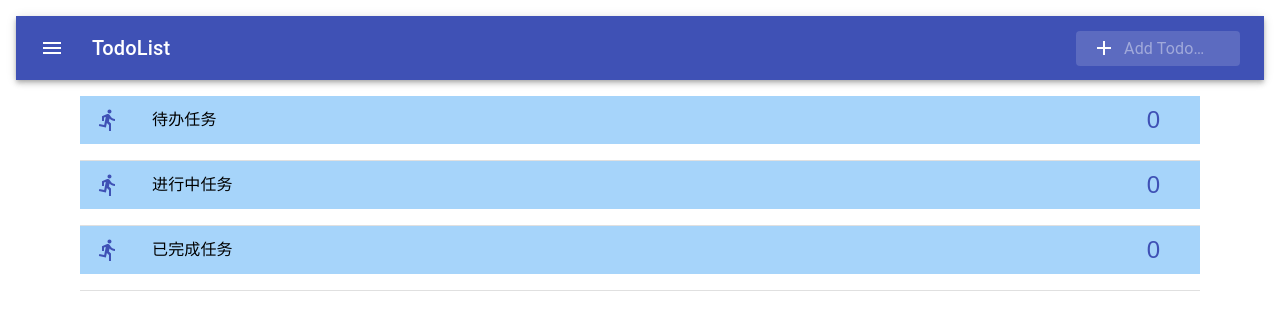
Repository: harperl71/TodoList
Page: /
These files come from the project's save history. The page is drawn as it stood at one moment and after the next save; the edit follows.
The browser window is 1280 px wide. The pictures show the whole page.
The project was rebuilt for these pictures with package versions that can differ from the ones it lists, and the page was loaded fresh each time. Also part of the build but not shown: src/components/content/task-item/index.tsx.

Above is the page before, as saved 2021-05-21 14:34:46.

### src/App.tsx
import React from "react";
import Header from "./components/header";
import Content from "./components/content";
import Footer from "./components/footer";
import Myprovider from "./context";

function App() {
  return (
    <div className="APP">
      <Myprovider>
        <Header />
        <Content />
        <Footer />
      </Myprovider>
    </div>
  );
}

export default App;

### src/components/header/index.tsx
import React, { useContext } from "react";
import { MyContext } from "../../context";
import AppBar from "@material-ui/core/AppBar";
import Toolbar from "@material-ui/core/Toolbar";
import IconButton from "@material-ui/core/IconButton";
import Typography from "@material-ui/core/Typography";
import InputBase from "@material-ui/core/InputBase";
import { makeStyles, fade } from "@material-ui/core/styles";
import MenuIcon from "@material-ui/icons/Menu";
import AddIcon from "@material-ui/icons/Add";

const useStyles = makeStyles((theme) => ({
  header: {
    margin: theme.spacing(2),
    justifyContent: "space-between",
  },
  listButton: {
    marginRight: theme.spacing(2),
  },
  title: {
    flexGrow: 1,
    display: "none",
    [theme.breakpoints.up("sm")]: {
      display: "block",
    },
  },
  search: {
    position: "relative",
    borderRadius: theme.shape.borderRadius,
    backgroundColor: fade(theme.palette.common.white, 0.15),
    "&:hover": {
      backgroundColor: fade(theme.palette.common.white, 0.25),
    },
    marginLeft: 0,
    width: "100%",
    [theme.breakpoints.up("sm")]: {
      marginLeft: theme.spacing(1),
      width: "auto",
    },
  },
  addIcon: {
    padding: theme.spacing(0, 2),
    height: "100%",
    position: "absolute",
    pointerEvents: "none",
    display: "flex",
    alignItems: "center",
    justifyContent: "center",
  },
  inputRoot: {
    color: "inherit",
  },
  inputInput: {
    padding: theme.spacing(1, 1, 1, 0),
    // vertical padding + font size from searchIcon
    paddingLeft: `calc(1em + ${theme.spacing(4)}px)`,
    transition: theme.transitions.create("width"),
    width: "100%",
    [theme.breakpoints.up("sm")]: {
      width: "12ch",
      "&:focus": {
        width: "20ch",
      },
    },
  },
}));

export default function SearchAppBar() {
  const classes = useStyles();
  const { Add } = useContext(MyContext);

  const enterPress = (evt: React.SyntheticEvent) => {
    if (
      (evt as KeyboardEventInit).code === "Enter" &&
      (evt.target as HTMLInputElement).value !== ""
    ) {
      Add((evt.target as HTMLInputElement).value);
      (evt.target as HTMLInputElement).value = "";
    }
  };

  return (
    <div className={classes.header}>
      <AppBar position="static">
        <Toolbar>
          <IconButton
            edge="start"
            className={classes.listButton}
            color="inherit"
            aria-label="open drawer"
          >
            <MenuIcon />
          </IconButton>
          <Typography className={classes.title} variant="h6" noWrap>
            TodoList
          </Typography>
          <div className={classes.search}>
            <div className={classes.addIcon}>
              <AddIcon />
            </div>
            <InputBase
              placeholder="Add Todo…"
              required
              classes={{
                root: classes.inputRoot,
                input: classes.inputInput,
              }}
              onKeyPress={enterPress}
            />
          </div>
        </Toolbar>
      </AppBar>
    </div>
  );
}

### src/components/content/index.tsx
import React, { Fragment } from "react";
import TaskList from "./task-list";
import { makeStyles } from "@material-ui/core";

const useStyles = makeStyles((theme) => ({
  content: {
    margin: theme.spacing(0, 6),
    justifyContent: "center",
  },
}));

const Content = () => {
  const classes = useStyles();
  return (
    <div className={classes.content}>
      <Fragment>
        <TaskList title="待办任务" status="todo" />
        <TaskList title="进行中任务" status="doing" />
        <TaskList title="已完成任务" status="done" />
      </Fragment>
    </div>
  );
};

export default Content;

### src/components/footer/index.tsx
import React from "react";

const Footer = () => {
  return <div className="footer"></div>;
};

export default Footer;

### src/context/index.tsx
import React, { createContext, useState } from "react";

export interface TodoProps {
  id: number;
  text: string;
  status: string;
}

export interface ContextProps {
  todoList: TodoProps[];
  Add: (item: string) => void;
  Delete: (id: number) => void;
  Remove: (index: number, status: string) => void;
  Clear: () => void;
}

export const MyContext = createContext({} as ContextProps);

const Myprovider = (props: React.PropsWithChildren<{}>) => {
  const [todoList, setList] = useState<TodoProps[]>([]);

  const Add = (item: string) => {
    const listItem = {
      id: new Date().getTime(),
      text: item,
      status: "todo",
    };
    setList([...todoList, listItem]);
  };
  //console.log(...todoList);

  const Delete = (id: number) => {
    setList(todoList.filter((item) => item.id !== id));
  };

  const Remove = (id: number, status: string) => {
    //注：map遍历改变原数组！
    if (status === "todo") {
      setList(
        todoList.map((item) => {
          if (item.id === id) {
            item.status = "doing";
          }
          return item;
        })
      );
    }
    if (status === "doing") {
      setList(
        todoList.map((item) => {
          if (item.id === id) {
            item.status = "done";
          }
          return item;
        })
      );
    }
  };

  const Clear = () => setList([]);

  return (
    <MyContext.Provider value={{ todoList, Add, Delete, Remove, Clear }}>
      {props.children}
    </MyContext.Provider>
  );
};

export default Myprovider;

### src/components/content/task-list/index.tsx
import React, { useContext } from "react";
import TaskItem from "../task-item";
import { MyContext } from "../../../context";
import {
  makeStyles,
  List,
  ListItem,
  ListItemIcon,
  ListItemText,
  Divider,
  IconButton,
} from "@material-ui/core";
import DirectionsRunIcon from "@material-ui/icons/DirectionsRun";

const useStyles = makeStyles((theme) => ({
  list: {
    margin: theme.spacing(0, 4),
    justifyContent: "space-between",
    padding: 0,
  },
  listHeader: {
    backgroundColor: "#a6d4fa",
  },
  listTitle: {
    justifyContent: "center",
  },
  listnum: {
    marginRight: theme.spacing(3),
    padding: 0,
    color: "secondary",
  },
  listContent: {
    padding: 0,
  },
}));

interface Iprops {
  title: string;
  status: string;
}

const TaskList = ({ title, status }: Iprops) => {
  const classes = useStyles();

  const { todoList } = useContext(MyContext);
  console.log(todoList);
  console.log(status);

  return (
    <div className="task-list">
      <List
        className={classes.list}
        component="nav"
        aria-label="main mailbox folders"
      >
        <ListItem className={classes.listHeader} button>
          <ListItemIcon>
            <DirectionsRunIcon color="primary" />
          </ListItemIcon>
          <ListItemText primary={title} />
          <IconButton
            className={classes.listnum}
            color="primary"
            aria-label="list-num"
          >
            {
              todoList.filter((item) => {
                return item.status === status;
              }).length
            }
          </IconButton>
        </ListItem>
        <List className={title}>
          {todoList
            .filter((item) => {
              return item.status === status;
            })
            .map((item) => {
              return <TaskItem Item={item} />;
            })}
        </List>
        <Divider />
      </List>
    </div>
  );
};

export default TaskList;

Loaded but not shown: public/index.html (common file); src/index.tsx (common file); src/index.css (common file); src/reportWebVitals.ts (common file)

After the next save:
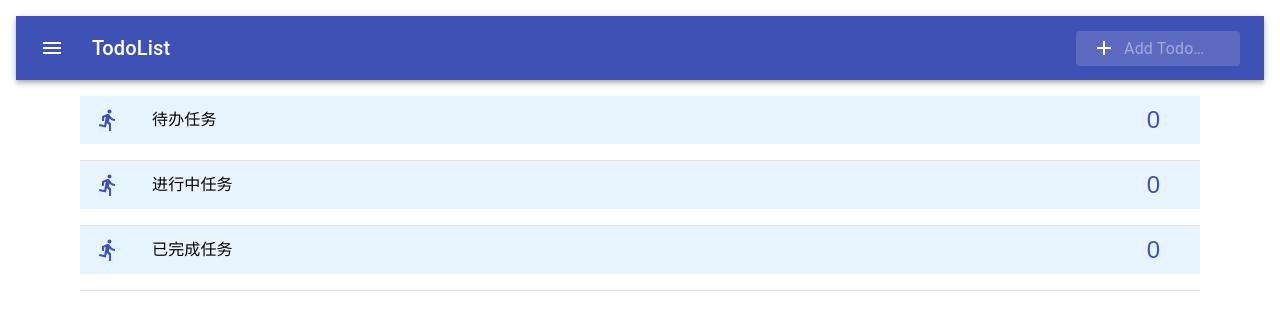
Saved 21 s later.
--- a/src/components/content/task-list/index.tsx
+++ b/src/components/content/task-list/index.tsx
@@ -19,7 +19,7 @@ const useStyles = makeStyles((theme) => ({
     padding: 0,
   },
   listHeader: {
-    backgroundColor: "#a6d4fa",
+    backgroundColor: "#e8f4fd",
   },
   listTitle: {
     justifyContent: "center",
